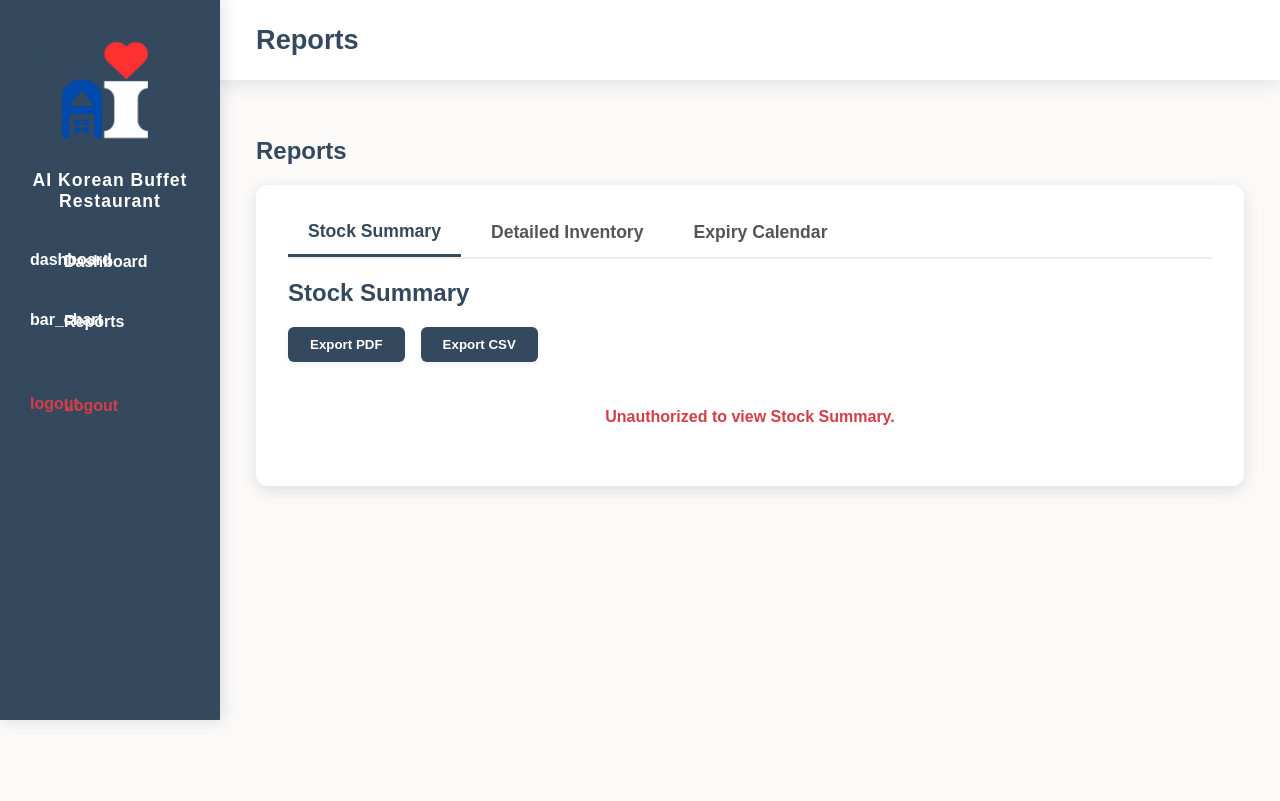
Repository: AdrianLeAsian/InventorySystem
Page: http://localhost/reports.php
The author's editor kept a copy of each file at every save. The page is drawn from the files as they stood at one save, then again after the next save.
The browser window is 1280 px wide. The pictures show the whole page.
Some web fonts or font styles are not loaded; a fallback is used. The page is run by PHP 8.4 with error messages shown; the project is at /var/www/html/. The session is filled in as if someone had signed in: {"user_id": 1, "role": "admin"}.

Above is the page before, as saved 2025-08-13 21:39:08.

After the next save:
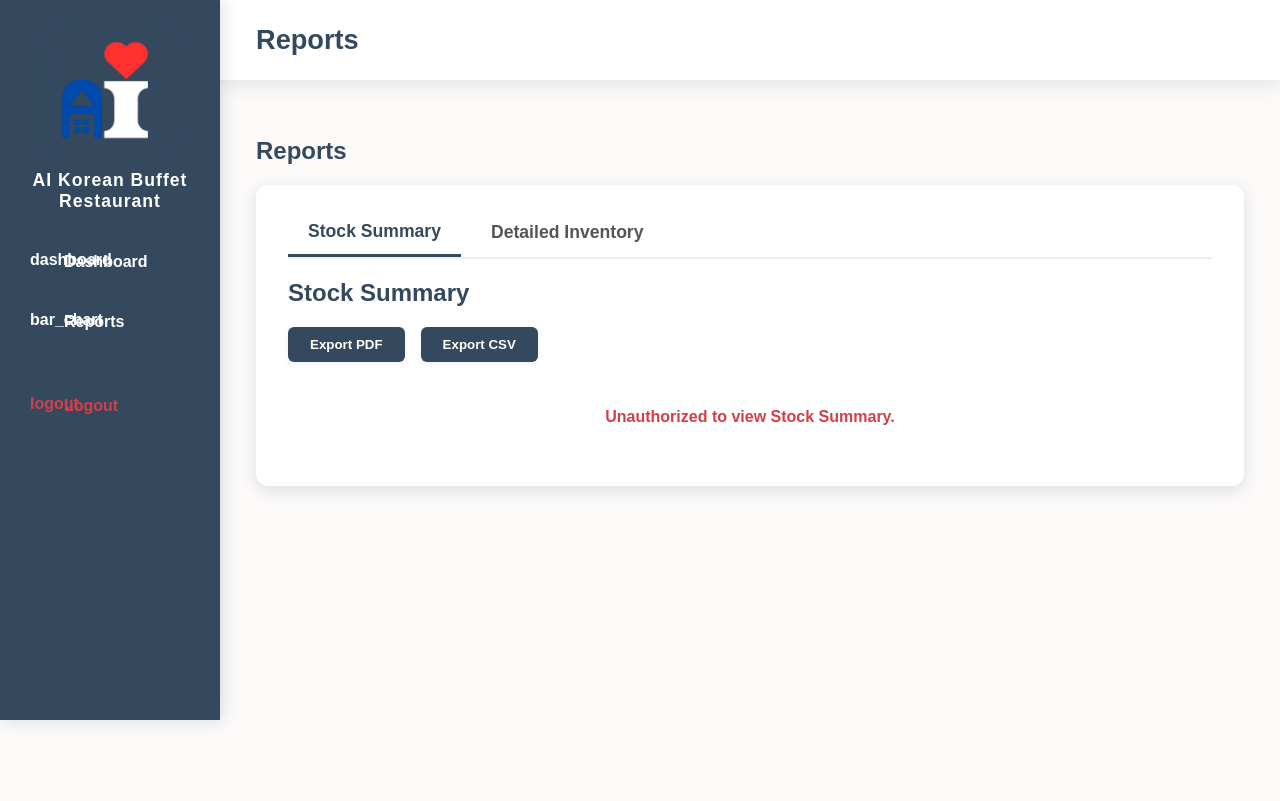
Saved 20 s later.
--- a/reports.php
+++ b/reports.php
@@ -28,7 +28,9 @@ $user_role = $_SESSION['user_role'] ?? 'guest'; // Default to 'guest' if not set
                 <?php if ($user_role === 'admin'): ?>
                     <button class="tab-button" data-tab="transaction-logs">Transaction Logs</button>
                 <?php endif; ?>
-                <button class="tab-button" data-tab="expiry-calendar">Expiry Calendar</button>
+                <?php if ($user_role === 'admin'): ?>
+                    <button class="tab-button" data-tab="expiry-calendar">Expiry Calendar</button>
+                <?php endif; ?>
             </div>
 
             <div class="tab-content active" id="stock-summary">
